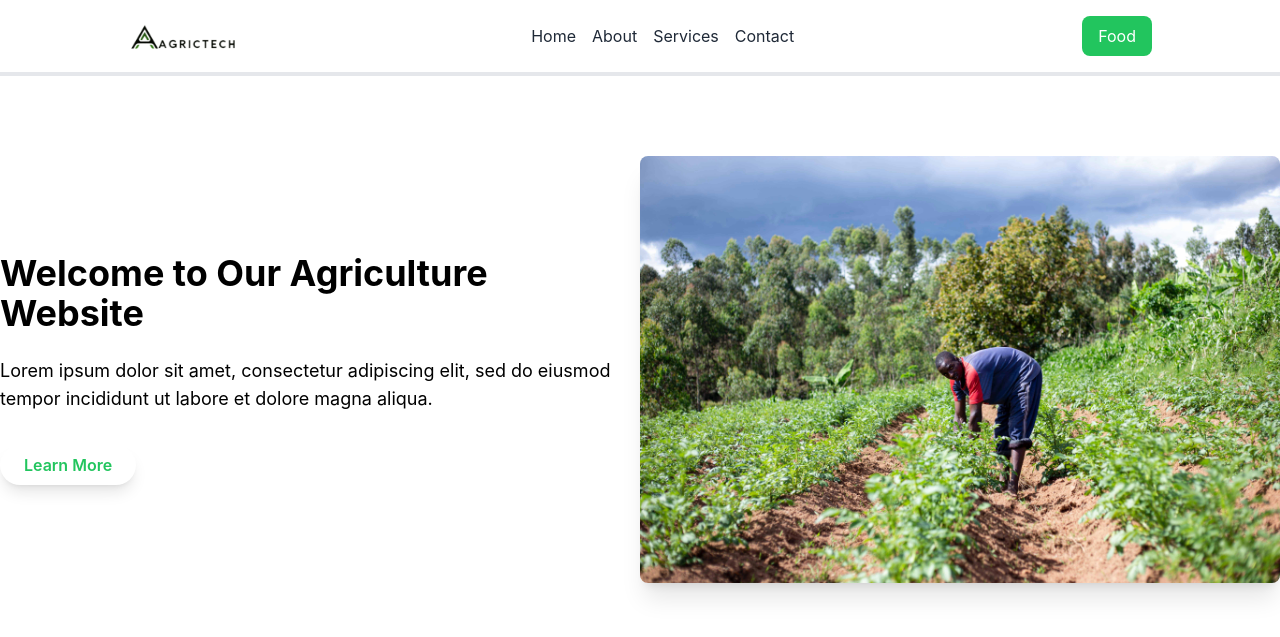
Repository: akinolapo/agric-tech
Page: /
The author's editor kept a copy of each file at every save. The page is drawn from the files as they stood at one save, then again after the next save.
The browser window is 1280 px wide. The pictures show the whole page.
The project was rebuilt for these pictures with package versions that can differ from the ones it lists, and the page was loaded fresh each time.

Above is the page before, as saved 2023-05-27 00:08:50.

### src/App.js
import React from 'react'
import Header from './components/Header'
import Hero from './components/Hero'

const App = () => {
  return (
    <div>
      <Header/>
      <Hero/>
    </div>
  )
}

export default App

### src/components/Header.jsx
import React, { useState } from 'react';

const Header = () => {
  const [isMenuOpen, setIsMenuOpen] = useState(false);

  const toggleMenu = () => {
    setIsMenuOpen(!isMenuOpen);
  };

  const closeMenu = () => {
    setIsMenuOpen(false);
  };

  return (
    <header className="bg-white border-b-4">
      <div className="container mx-auto flex justify-between items-center py-4 px-5 sm:px-32">
        <div className="flex items-center">
          <img
            src={process.env.PUBLIC_URL+`media/logo.png`}
            alt="Logo"
            className="h-8 w-auto"
          />
        </div>
        <div className="hidden md:flex space-x-4">
          <a href="#" className="text-gray-800 hover:text-gray-600">Home</a>
          <a href="#" className="text-gray-800 hover:text-gray-600">About</a>
          <a href="#" className="text-gray-800 hover:text-gray-600">Services</a>
          <a href="#" className="text-gray-800 hover:text-gray-600">Contact</a>
        </div>
        <div className="md:hidden">
          <button
            type="button"
            className="flex items-center p-2 rounded-md text-gray-800 hover:text-gray-600 focus:outline-none"
            onClick={toggleMenu}
          >
            <svg
              xmlns="http://www.w3.org/2000/svg"
              className="h-6 w-6"
              fill="none"
              viewBox="0 0 24 24"
              stroke="currentColor"
            >
              <path
                strokeLinecap="round"
                strokeLinejoin="round"
                strokeWidth="2"
                d="M4 6h16M4 12h16M4 18h16"
              />
            </svg>
          </button>

        </div>
        <div className="hidden md:block">
          <button
            type="button"
            className="bg-green-500 text-white rounded-lg py-2 px-4"
          >
            Food
          </button>
        </div>
      </div>
      <div>
          {isMenuOpen && (
            <div className="mt-2 w-full">
              <ul className="bg-white border rounded-md divide-y divide-gray-200 shadow-md">
                <li className="py-2 px-4">
                  <a href="#" className="text-gray-800 hover:text-gray-600">Home</a>
                </li>
                <li className="py-2 px-4">
                  <a href="#" className="text-gray-800 hover:text-gray-600">About</a>
                </li>
                <li className="py-2 px-4">
                  <a href="#" className="text-gray-800 hover:text-gray-600">Services</a>
                </li>
                <li className="py-2 px-4">
                  <a href="#" className="text-gray-800 hover:text-gray-600">Contact</a>
                </li>
                <li className="py-2 px-4">
                  <button
                    type="button"
                    className="bg-green-500 text-white rounded-lg py-2 px-4 w-full"
                  >
                    Food
                  </button>
                </li>
              </ul>
              <div className="absolute top-0 right-0 p-2">
              </div>
            </div>
          )}
          </div>
    </header>
  );
};

export default Header;

### src/components/Hero.jsx
import React from 'react';

const Hero = () => {
  return (
    <section className="bg-white text-black py-20">
      <div className="container mx-auto flex flex-col lg:flex-row items-center">
        <div className="lg:w-1/2">
          <h1 className="text-4xl font-bold mb-6">Welcome to Our Agriculture Website</h1>
          <p className="text-lg mb-8">Lorem ipsum dolor sit amet, consectetur adipiscing elit, sed do eiusmod tempor incididunt ut labore et dolore magna aliqua.</p>
          <button className="bg-white text-green-500 py-2 px-6 rounded-full font-semibold shadow-lg hover:shadow-xl transition duration-300">Learn More</button>
        </div>
        <div className="lg:w-1/2">
          <img src={process.env.PUBLIC_URL+`media/hero.jpg`}alt="Agriculture" className="rounded-lg shadow-xl" />
        </div>
      </div>
    </section>
  );
};

export default Hero;

Loaded but not shown: public/index.html (common file); src/index.js (common file); src/index.css (common file); tailwind.config.js (common file)

After the next save:
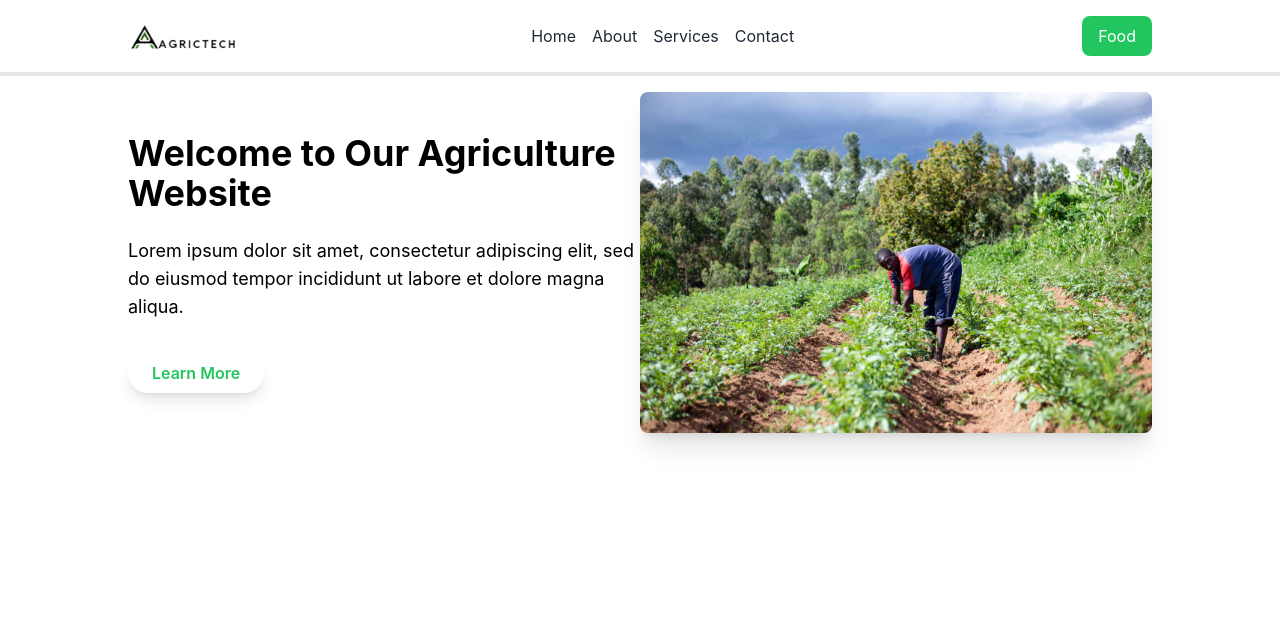
Saved 9 s later.
--- a/src/components/Hero.jsx
+++ b/src/components/Hero.jsx
@@ -2,7 +2,7 @@ import React from 'react';
 
 const Hero = () => {
   return (
-    <section className="bg-white text-black py-20">
+    <section className="bg-white text-black py-20 py-4 px-5 sm:px-32">
       <div className="container mx-auto flex flex-col lg:flex-row items-center">
         <div className="lg:w-1/2">
           <h1 className="text-4xl font-bold mb-6">Welcome to Our Agriculture Website</h1>
